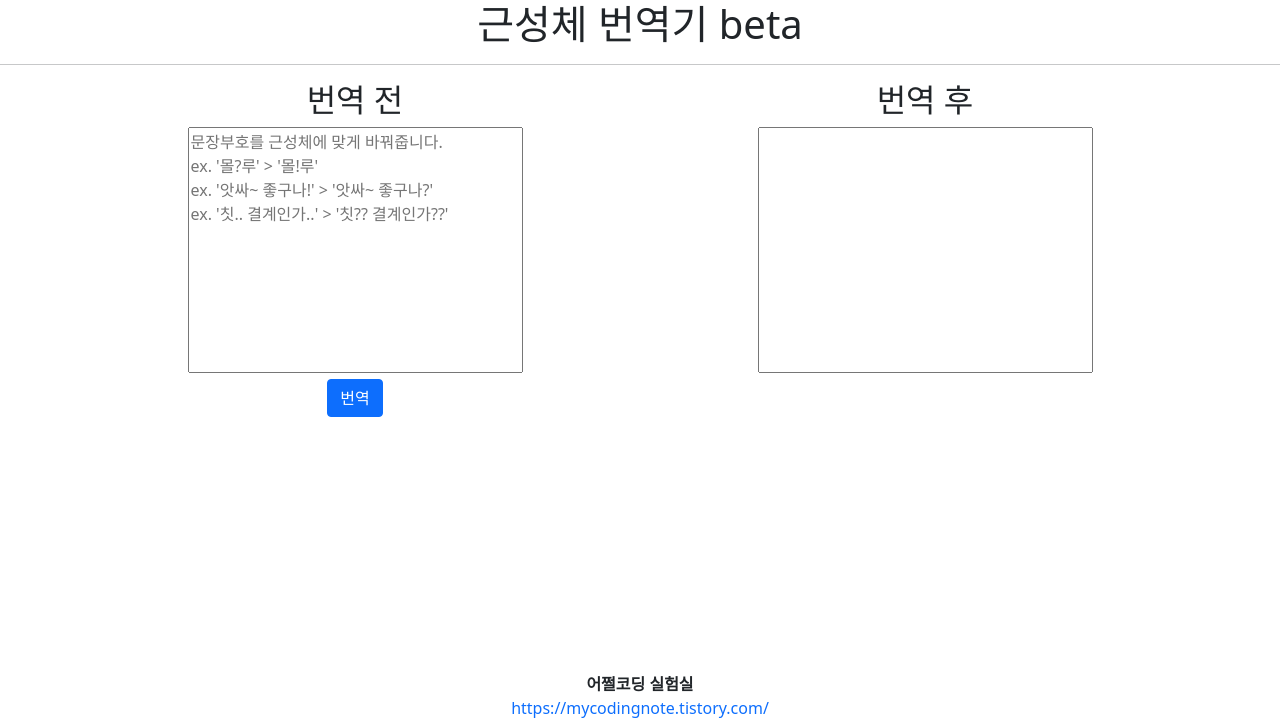
Repository: mickey530/jsp_practice
Page: http://localhost/JSPBasic/sungmo_send.jsp
These files come from the project's save history. The page is drawn as it stood at one moment and after the next save; the edit follows.
The browser window is 1280 px wide. The pictures show the whole page.
The page is served by Tomcat 9.

Above is the page before, as saved 2022-02-05 17:23:51.

After the next save:
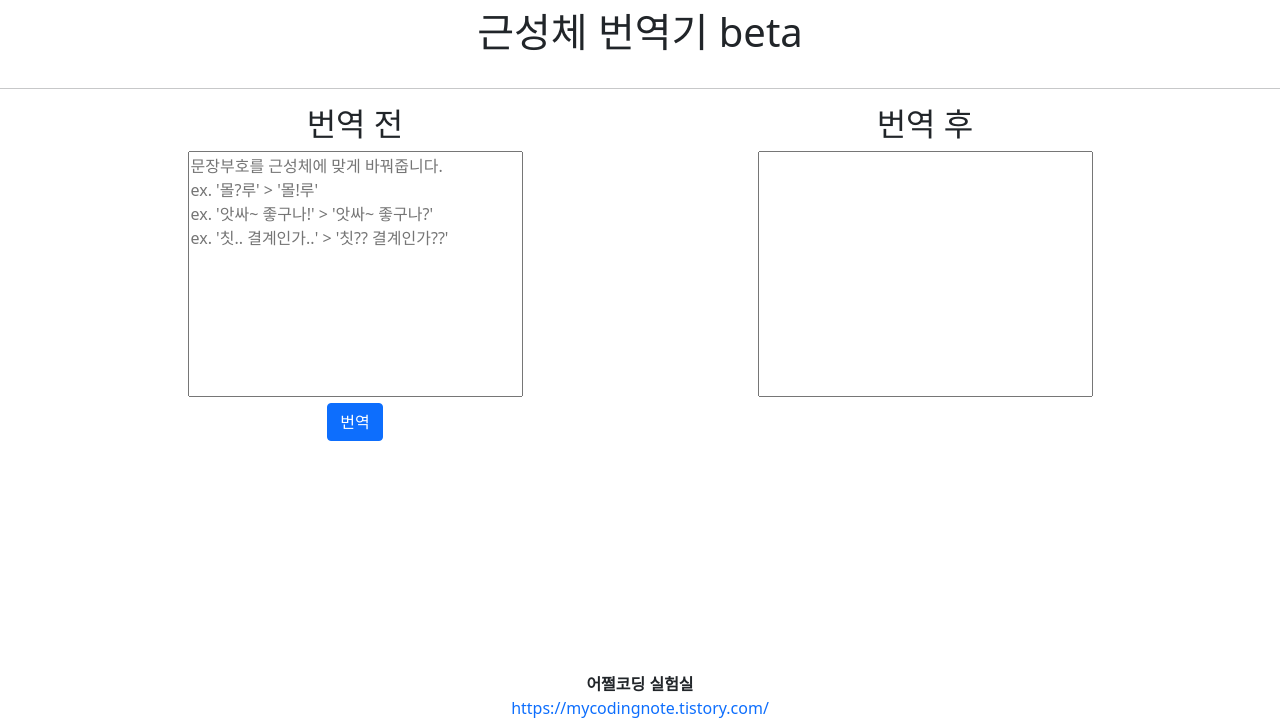
Saved 20 s later.
--- a/JSPBasic/src/main/webapp/sungmo_send.jsp
+++ b/JSPBasic/src/main/webapp/sungmo_send.jsp
@@ -9,7 +9,7 @@
 <!-- 부트스트랩 링크 -->
 <link href="https://cdn.jsdelivr.net/npm/bootstrap@5.1.3/dist/css/bootstrap.min.css" rel="stylesheet" integrity="sha384-1BmE4kWBq78iYhFldvKuhfTAU6auU8tT94WrHftjDbrCEXSU1oBoqyl2QvZ6jIW3" crossorigin="anonymous">
 <style>
-	header {margin:0px; position:sticky; top:0px;}
+	header {margin:0px; padding:8px;position:sticky; top:0px;}
 	h1, h2 {text-align:center;}
 	textarea {resize:none;}
 	footer {
